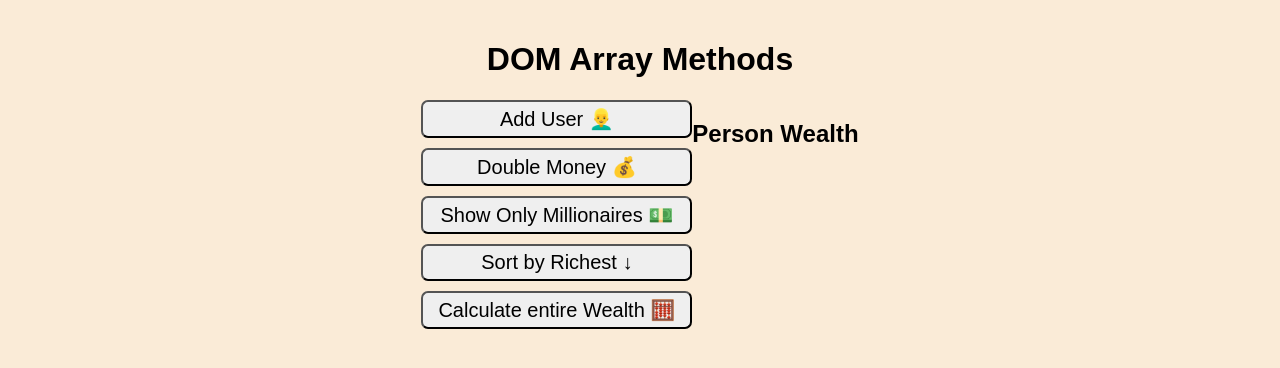
Repository: AbrorjonKuchkarov/DOM-Array-Methods
Page: index.html
The author's editor kept a copy of each file at every save. The page is drawn from the files as they stood at one save, then again after the next save.
The browser window is 1280 px wide. The pictures show the whole page.

Above is the page before, as saved 2022-02-24 15:37:29.

After the next save:
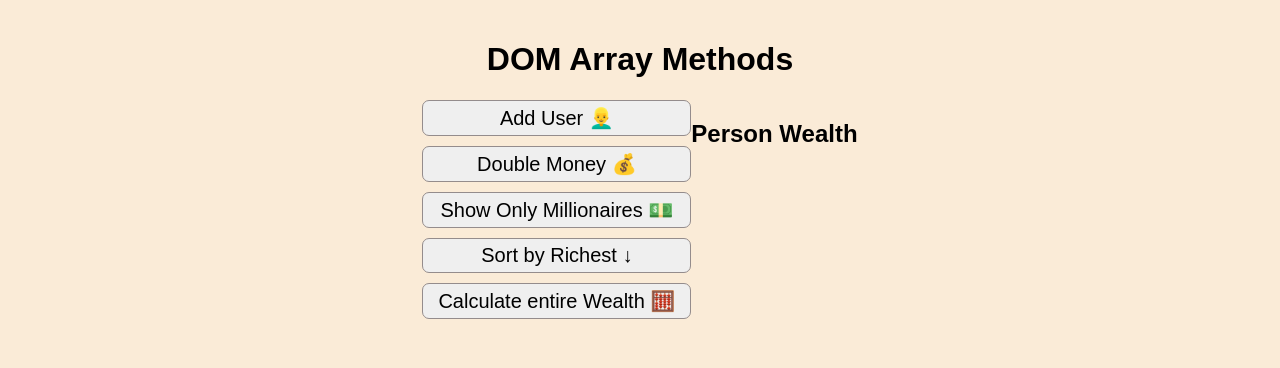
Saved 37 s later.
--- a/style.css
+++ b/style.css
@@ -26,4 +26,5 @@ button {
    border-radius: 7px;
    outline: none;
    padding: 5px 15px;
+   border: 1px solid rgb(148, 140, 140);
 }
